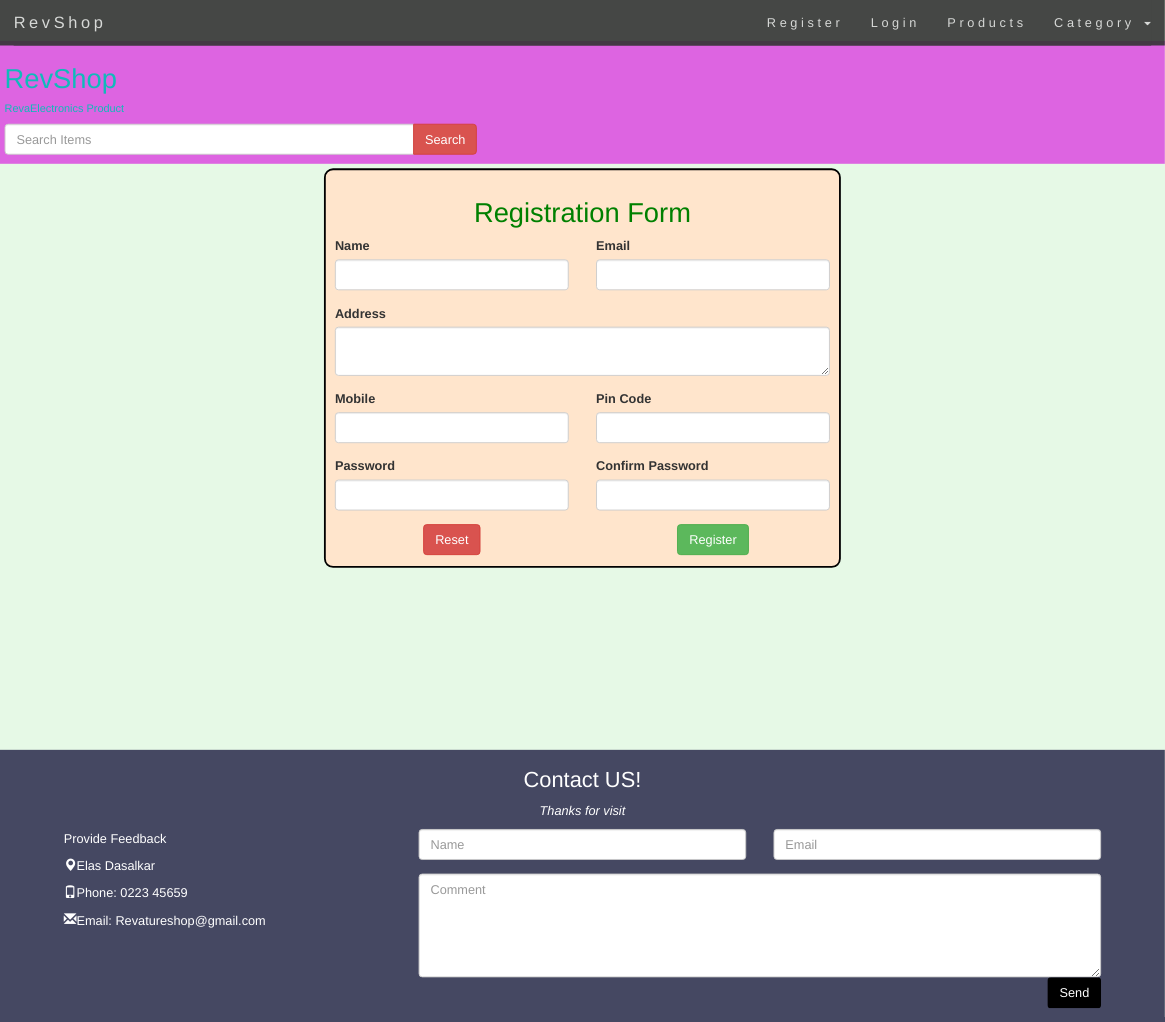
Repository: vilasdasalkar/RevaShop-Project-0
Page: http://localhost/RevShop/register.jsp
An editor plug-in stored every save of this project. The page is shown before and after the next save, followed by the edit.
The browser window is 1280 px wide. The pictures show the whole page, at 91% of full size.
The page is served by Tomcat 10. Other server files are loaded and not shown.

Above is the page before, as saved 2024-08-30 08:01:55.

### RevShop/src/main/webapp/register.jsp
<%@ page language="java" contentType="text/html; charset=UTF-8"
    pageEncoding="UTF-8"%>
<!DOCTYPE html>
<html>

<meta charset="UTF-8">
<title>Register</title>
<link rel="stylesheet"
	href="https://maxcdn.bootstrapcdn.com/bootstrap/3.4.0/css/bootstrap.min.css">
<link rel="stylesheet" href="css/changes.css">
<script
	src="https://ajax.googleapis.com/ajax/libs/jquery/3.4.1/jquery.min.js"></script>
<script
	src="https://maxcdn.bootstrapcdn.com/bootstrap/3.4.0/js/bootstrap.min.js"></script>
</head>
<body style="background-color: #E6F9E6;">

	<%@ include file="header.jsp"%>
	<%
	String message = request.getParameter("message");
	%>
	<div class="container">
		<div class="row"
			style="margin-top: 5px; margin-left: 2px; margin-right: 2px;">

			<form action="./RegisterServlet" method="post"
				class="col-md-6 col-md-offset-3"
				style="border: 2px solid black; border-radius: 10px; background-color: #FFE5CC; padding: 10px;">
				<div style="font-weight: bold;" class="text-center">
					<h2 style="color: green;">Registration Form</h2>
					<%
					if (message != null) {
					%>
					<p style="color: blue;">
						<%=message%>
					</p>
					<%
					}
					%>
				</div>
				<div></div>
				<div class="row">
					<div class="col-md-6 form-group">
						<label for="first_name">Name</label> <input type="text"
							name="username" class="form-control" id="first_name"
							name="first_name" required>
					</div>
					<div class="col-md-6 form-group">
						<label for="last_name">Email</label> <input type="email"
							name="email" class="form-control" id="last_name" name="last_name"
							required>
					</div>
				</div>
				<div class="form-group">
					<label for="last_name">Address</label>
					<textarea name="address" class="form-control" id="last_name"
						name="last_name" required></textarea>
				</div>
				<div class="row">
					<div class="col-md-6 form-group">
						<label for="last_name">Mobile</label> <input type="number"
							name="mobile" class="form-control" id="last_name"
							name="last_name" required>
					</div>
					<div class="col-md-6 form-group">
						<label for="last_name">Pin Code</label> <input type="number"
							name="pincode" class="form-control" id="last_name"
							name="last_name" required>
					</div>

				</div>
				<div class="row">
					<div class="col-md-6 form-group">
						<label for="last_name">Password</label> <input type="password"
							name="password" class="form-control" id="last_name"
							name="last_name" required>
					</div>
					<div class="col-md-6 form-group">
						<label for="last_name">Confirm Password</label> <input
							type="password" name="confirmPassword" class="form-control"
							id="last_name" name="last_name" required>
					</div>
				</div>
				<div class="row text-center">
					<div class="col-md-6" style="margin-bottom: 2px;">
						<button type="Reset" class="btn btn-danger">Reset</button>
					</div>
					<div class="col-md-6">
						<button type="submit" class="btn btn-success">Register</button>
					</div>
				</div>
			</form>
		</div>
	</div>


	<%@ include file="footer.html"%>
</body>
</html>

### RevShop/src/main/webapp/header.jsp
<%@ page language="java" contentType="text/html; charset=UTF-8"
    pageEncoding="UTF-8"%>
    <%@ page import="com.revature.service.dao.*, com.revature.service.*"%>
<!DOCTYPE html>
<html>
<head>
<title>Logout Header</title>
<meta charset="utf-8">
<meta name="viewport" content="width=device-width, initial-scale=1">
<link rel="stylesheet"
	href="https://maxcdn.bootstrapcdn.com/bootstrap/3.4.0/css/bootstrap.min.css">
<link rel="stylesheet" href="css/changes.css">
<script
	src="https://ajax.googleapis.com/ajax/libs/jquery/3.4.1/jquery.min.js"></script>
<script
	src="https://maxcdn.bootstrapcdn.com/bootstrap/3.4.0/js/bootstrap.min.js"></script>
<link rel="stylesheet"
	href="https://cdnjs.cloudflare.com/ajax/libs/font-awesome/4.7.0/css/font-awesome.min.css">

</head>
<body style="background-color: #01ff12;font-family: Verdana, sans-serif;">
	<!--Company Header Starting  -->
	<div class="left"
		style="margin-top: 45px; background-color: #d811dfa2; color: rgb(16, 186, 186); padding: 5px;">
		<h2>RevShop</h2>
		<h6>RevaElectronics Product</h6>
		<form class="form-inline" action="index.jsp" method="get">
			<div class="input-group">
				<input type="text" class="form-control" size="50" name="search"
					placeholder="Search Items" required>
				<div class="input-group-btn">
					<input type="submit" class="btn btn-danger" value="Search" />
				</div>
			</div>
		</form>
		<p align="rigth"
			style="color: orange; font-weight: bold; margin-top: 5px; margin-bottom: 5px;"
			id="message"></p>
	</div>
	<!-- Company Header Ending -->

	<%
	/* Checking the user credentials */
	String userType = (String) session.getAttribute("usertype");
	if (userType == null) { //LOGGED OUT
	%>

	<!-- Starting Navigation Bar -->
	<nav class="navbar navbar-default navbar-fixed-top navbar-custom" style="background-color: #333;">
		<div class="container-fluid">
			<div class="navbar-header">
				<button type="button" class="navbar-toggle" data-toggle="collapse"
					data-target="#myNavbar">
					<span class="icon-bar"></span> <span class="icon-bar"></span> <span
						class="icon-bar"></span>
				</button>
				<a class="navbar-brand" href="index.jsp">RevShop</a>
			</div>
			<div class="collapse navbar-collapse" id="myNavbar" style="background-color: #333;">
				<ul class="nav navbar-nav navbar-right">
				<li><a href="register.jsp">Register</a></li>
					<li><a href="login.jsp">Login</a></li>
					<li><a href="index.jsp">Products</a></li>
					<li class="dropdown"><a class="dropdown-toggle"
						data-toggle="dropdown" href="#">Category <span class="caret"></span>
					</a>
						<ul class="dropdown-menu">
							<li><a href="index.jsp?type=mobile">Mobiles</a></li>
							<li><a href="index.jsp?type=tv">TVs</a></li>
							<li><a href="index.jsp?type=laptop">Laptops</a></li>
							<li><a href="index.jsp?type=camera">Camera</a></li>
							<li><a href="index.jsp?type=speaker">Speakers</a></li>
							<li><a href="index.jsp?type=tablet">Tablets</a></li>
						</ul></li>
				</ul>
			</div>
		</div>
	</nav>
	<%
	} else if ("customer".equalsIgnoreCase(userType)) {

	int notf = new CartServiceImpl().getCartCount((String) session.getAttribute("username"));
	%>
	<nav class="navbar navbar-default navbar-fixed-top">

		<div class="container-fluid">
			<div class="navbar-header">
				<button type="button" class="navbar-toggle" data-toggle="collapse"
					data-target="#myNavbar">
					<span class="icon-bar"></span> <span class="icon-bar"></span> <span
						class="icon-bar"></span>
				</button>
				<a class="navbar-brand" href="userHome.jsp"><span
					class="glyphicon glyphicon-home">&nbsp;</span>RevShop</a>
			</div>

			<div class="collapse navbar-collapse" id="myNavbar">
				<ul class="nav navbar-nav navbar-right">
					<li><a href="userHome.jsp"><span
							class="glyphicon glyphicon-home">Products</span></a></li>
					<li class="dropdown"><a class="dropdown-toggle"
						data-toggle="dropdown" href="#">Category <span class="caret"></span>
					</a>
						<ul class="dropdown-menu">
							<li><a href="userHome.jsp?type=mobile">Mobiles</a></li>
							<li><a href="userHome.jsp?type=tv">TV</a></li>
							<li><a href="userHome.jsp?type=laptop">Laptops</a></li>
							<li><a href="userHome.jsp?type=camera">Camera</a></li>
							<li><a href="userHome.jsp?type=speaker">Speakers</a></li>
							<li><a href="userHome.jsp?type=tablet">Tablets</a></li>
						</ul></li>
					<%
					if (notf == 0) {
					%>
					<li><a href="cartDetails.jsp"> <span
							class="glyphicon glyphicon-shopping-cart"></span>Cart
					</a></li>

					<%
					} else {
					%>
					<li><a href="cartDetails.jsp"
						style="margin: 0px; padding: 0px;" id="mycart"><i
							data-count="<%=notf%>"
							class="fa fa-shopping-cart fa-3x icon-white badge"
							style="background-color: #333; margin: 0px; padding: 0px; padding-bottom: 0px; padding-top: 5px;">
						</i></a></li>
					<%
					}
					%>
					<li><a href="orderDetails.jsp">Orders</a></li>
					<li><a href="userProfile.jsp">Profile</a></li>
					<li><a href="./LogoutServlet">Logout</a></li>
				</ul>
			</div>
		</div>
	</nav>
	<%
	} else {
	%>
	<nav class="navbar navbar-default navbar-fixed-top">
		<div class="container-fluid">
			<div class="navbar-header">
				<button type="button" class="navbar-toggle" data-toggle="collapse"
					data-target="#myNavbar">
					<span class="icon-bar"></span> <span class="icon-bar"></span> <span
						class="icon-bar"></span>
				</button>
				<a class="navbar-brand" href="adminViewProduct.jsp"><span
					class="glyphicon glyphicon-home">&nbsp;</span>RevShop</a>
			</div>
			<div class="collapse navbar-collapse" id="myNavbar">
				<ul class="nav navbar-nav navbar-right">
					<li><a href="adminViewProduct.jsp">Products</a></li>
					<li class="dropdown"><a class="dropdown-toggle"
						data-toggle="dropdown" href="#">Category <span class="caret"></span>
					</a>
						<ul class="dropdown-menu">
							<li><a href="adminViewProduct.jsp?type=mobile">Mobiles</a></li>
							<li><a href="adminViewProduct.jsp?type=tv">Tvs</a></li>
							<li><a href="adminViewProduct.jsp?type=laptop">Laptops</a></li>
							<li><a href="adminViewProduct.jsp?type=camera">Camera</a></li>
							<li><a href="adminViewProduct.jsp?type=speaker">Speakers</a></li>
							<li><a href="adminViewProduct.jsp?type=tablet">Tablets</a></li>
						</ul></li>
					<li><a href="adminStock.jsp">Stock</a></li>
					<li><a href="shippedItems.jsp">Shipped</a></li>
					<li><a href="unshippedItems.jsp">Orders</a></li>
					<!-- <li><a href=""> <span class="glyphicon glyphicon-shopping-cart"></span>&nbsp;Cart</a></li> -->
					<li class="dropdown"><a class="dropdown-toggle"
						data-toggle="dropdown" href="#">Update Items <span
							class="caret"></span>
					</a>
						<ul class="dropdown-menu">
							<li><a href="addProduct.jsp">Add Product</a></li>
							<li><a href="removeProduct.jsp">Remove Product</a></li>
							<li><a href="updateProductById.jsp">Update Product</a></li>
						</ul></li>
					<li><a href="./LogoutServlet">Logout</a></li>

				</ul>
			</div>
		</div>
	</nav>
	<%
	}
	%>
	<!-- End of Navigation Bar -->
</body>
</html>

### RevShop/src/main/webapp/footer.html
<!DOCTYPE html>
<html>
<head>
<title>ShopMart</title>
<meta name="viewport" content="width=device-width, initial-scale=1">
<meta charset="utf-8">
<meta name="viewport" content="width=device-width, initial-scale=1">
<link rel="stylesheet"
	href="https://maxcdn.bootstrapcdn.com/bootstrap/3.4.0/css/bootstrap.min.css">
<script
	src="https://ajax.googleapis.com/ajax/libs/jquery/3.4.1/jquery.min.js"></script>
<script
	src="https://maxcdn.bootstrapcdn.com/bootstrap/3.4.0/js/bootstrap.min.js"></script>
<link rel="stylesheet" href="css/changes.css">
</head>
<body style="background-color: rgb(255, 255, 255);">
	<!-- Start the footer Contacts -->
	<!-- <a name="contact"></a> -->
	<div class="container-fluid"
		style="background-color: #454862; color: white; margin-top: 200px;">
		<div class="container">
			<h3 class="text-center">Contact US!</h3>
			<p class="text-center">
				<em>Thanks for visit</em>
			</p>
			<div class="row test">
				<div class="col-md-4">
					<p>Provide Feedback</p>
					<p>
						<span class="glyphicon glyphicon-map-marker"></span>Elas Dasalkar
					</p>
					<p>
						<span class="glyphicon glyphicon-phone"></span>Phone: 0223 45659

					</p>
					<p>
						<span class="glyphicon glyphicon-envelope"></span>Email:
						Revatureshop@gmail.com
					</p>

				</div>
				<div class="col-md-8">
					<form action="fansMessage" method="post">
						<div class="row">
							<div class="col-sm-6 form-group">
								<input class="form-control" id="name" name="name"
									placeholder="Name" type="text" required>
							</div>
							<div class="col-sm-6 form-group">
								<input class="form-control" id="email" name="email"
									placeholder="Email" type="email" required>
							</div>
						</div>
						<textarea class="form-control" id="comments" name="comments"
							placeholder="Comment" rows="5" required></textarea>
						<div class="row">
							<div class="col-md-12 form-group">
								<button class="btn pull-right" type="submit">Send</button>
							</div>
						</div>
					</form>
				</div>
			</div>
		</div>
	</div>
	<!-- End of Contact or about us -->

</body>
</html>

Loaded but not shown: RevShop/src/main/webapp/css/changes.css (common file)

After the next save:
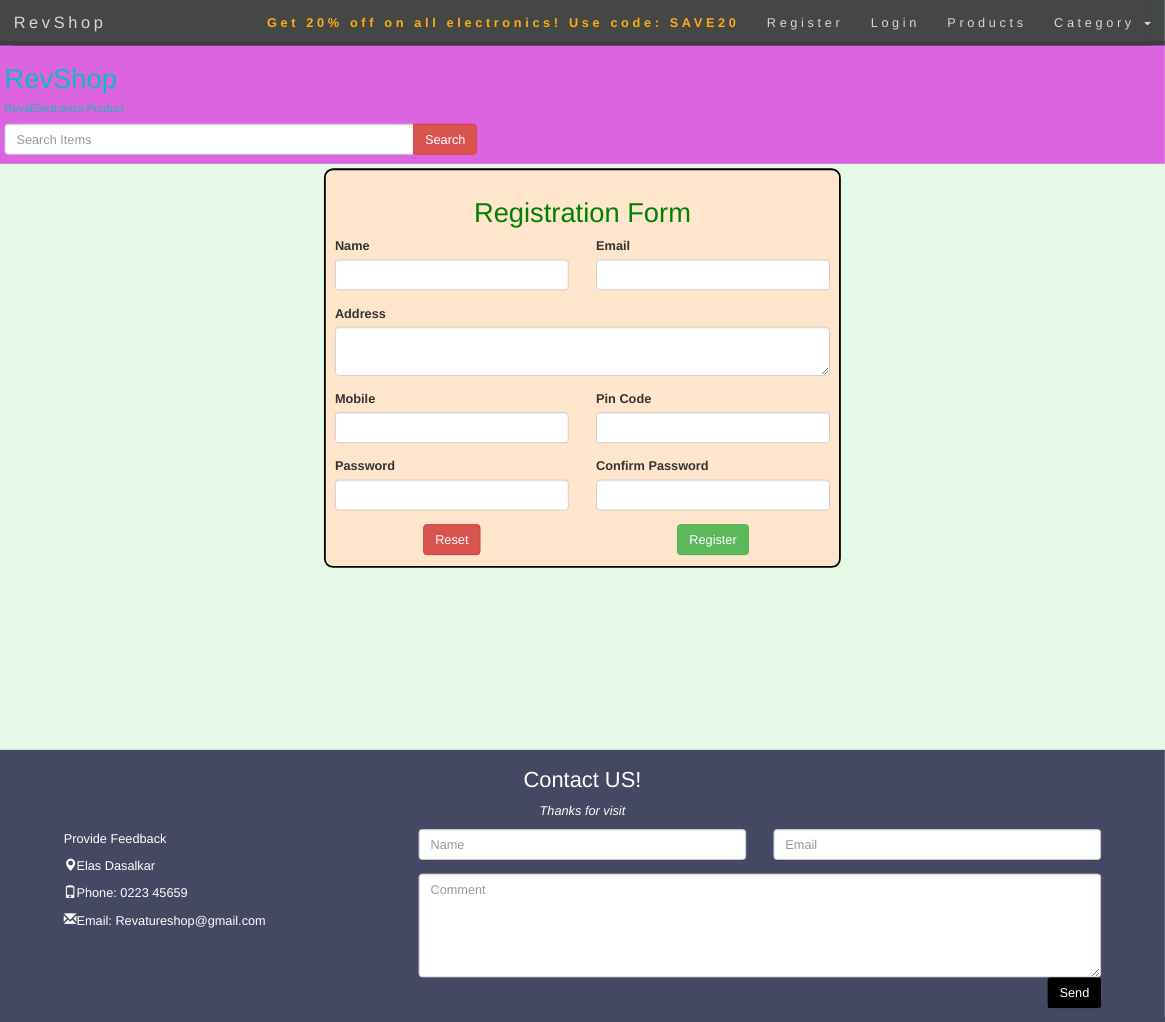
Saved 3 min 3 s later.
--- a/RevShop/src/main/webapp/header.jsp
+++ b/RevShop/src/main/webapp/header.jsp
@@ -46,36 +46,43 @@
 	%>
 
 	<!-- Starting Navigation Bar -->
-	<nav class="navbar navbar-default navbar-fixed-top navbar-custom" style="background-color: #333;">
-		<div class="container-fluid">
-			<div class="navbar-header">
-				<button type="button" class="navbar-toggle" data-toggle="collapse"
-					data-target="#myNavbar">
-					<span class="icon-bar"></span> <span class="icon-bar"></span> <span
-						class="icon-bar"></span>
-				</button>
-				<a class="navbar-brand" href="index.jsp">RevShop</a>
-			</div>
-			<div class="collapse navbar-collapse" id="myNavbar" style="background-color: #333;">
-				<ul class="nav navbar-nav navbar-right">
-				<li><a href="register.jsp">Register</a></li>
-					<li><a href="login.jsp">Login</a></li>
-					<li><a href="index.jsp">Products</a></li>
-					<li class="dropdown"><a class="dropdown-toggle"
-						data-toggle="dropdown" href="#">Category <span class="caret"></span>
-					</a>
-						<ul class="dropdown-menu">
-							<li><a href="index.jsp?type=mobile">Mobiles</a></li>
-							<li><a href="index.jsp?type=tv">TVs</a></li>
-							<li><a href="index.jsp?type=laptop">Laptops</a></li>
-							<li><a href="index.jsp?type=camera">Camera</a></li>
-							<li><a href="index.jsp?type=speaker">Speakers</a></li>
-							<li><a href="index.jsp?type=tablet">Tablets</a></li>
-						</ul></li>
-				</ul>
-			</div>
-		</div>
-	</nav>
+<nav class="navbar navbar-default navbar-fixed-top navbar-custom" style="background-color: #333;">
+    <div class="container-fluid">
+        <div class="navbar-header">
+            <button type="button" class="navbar-toggle" data-toggle="collapse"
+                data-target="#myNavbar">
+                <span class="icon-bar"></span>
+                <span class="icon-bar"></span>
+                <span class="icon-bar"></span>
+            </button>
+            <a class="navbar-brand" href="index.jsp">RevShop</a>
+        </div>
+        <div class="collapse navbar-collapse" id="myNavbar" style="background-color: #333;">
+            <ul class="nav navbar-nav navbar-right">
+                <li><a href="register.jsp">Register</a></li>
+                <li><a href="login.jsp">Login</a></li>
+                <li><a href="index.jsp">Products</a></li>
+                <li class="dropdown"><a class="dropdown-toggle"
+                    data-toggle="dropdown" href="#">Category <span class="caret"></span>
+                </a>
+                    <ul class="dropdown-menu">
+                        <li><a href="index.jsp?type=mobile">Mobiles</a></li>
+                        <li><a href="index.jsp?type=tv">TVs</a></li>
+                        <li><a href="index.jsp?type=laptop">Laptops</a></li>
+                        <li><a href="index.jsp?type=camera">Camera</a></li>
+                        <li><a href="index.jsp?type=speaker">Speakers</a></li>
+                        <li><a href="index.jsp?type=tablet">Tablets</a></li>
+                    </ul>
+                </li>
+            </ul>
+            <!-- New div for discount text -->
+            <div class="navbar-text navbar-right" style="color: orange; margin-right: 15px;">
+                <strong>Get 20% off on all electronics! Use code: SAVE20</strong>
+            </div>
+        </div>
+    </div>
+</nav>
+
 	<%
 	} else if ("customer".equalsIgnoreCase(userType)) {
 
